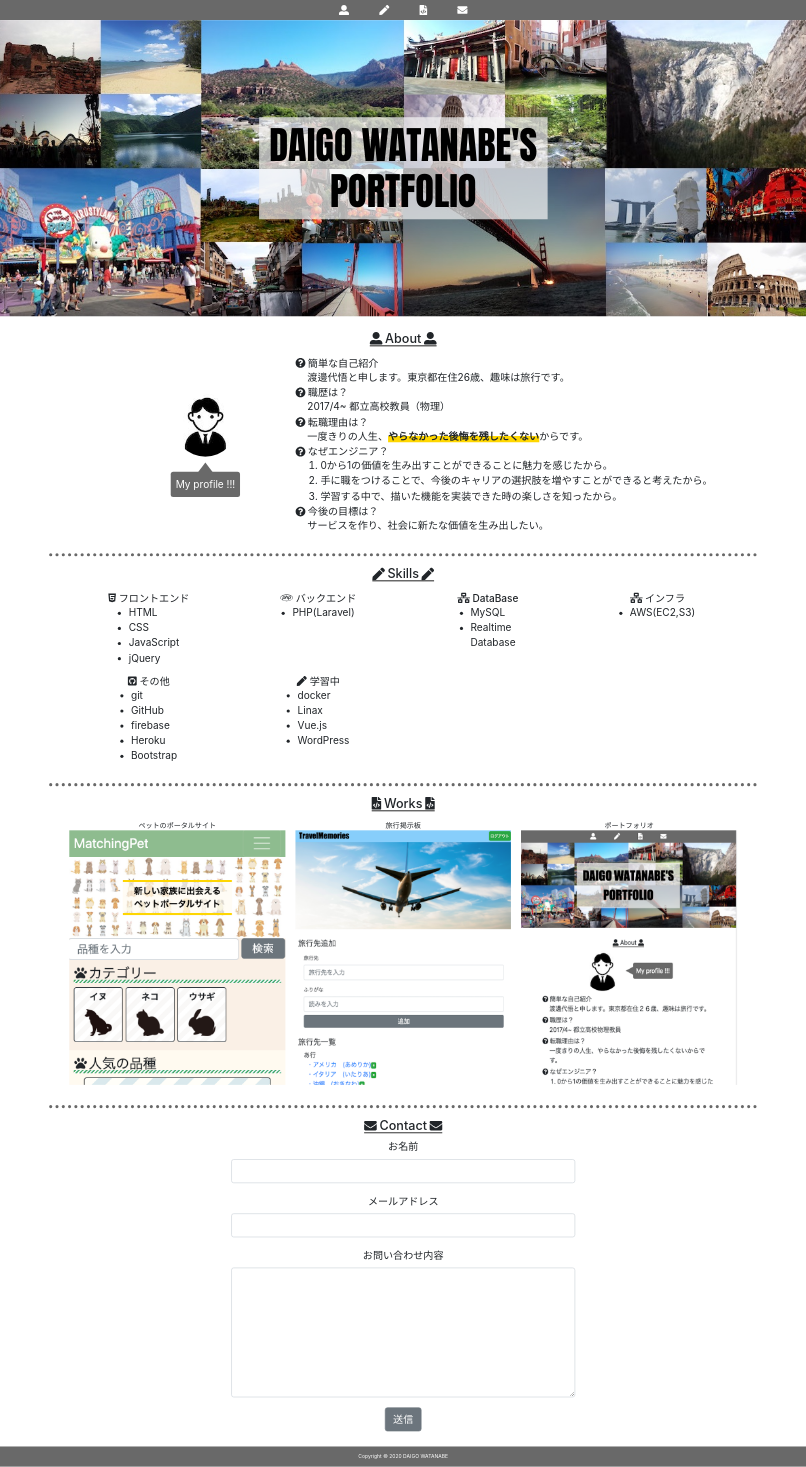
Repository: watanabedaigo/Portfolio
Page: public/index.html
The author's editor kept a record of every edit. The page is drawn from the files as they stood at one moment, then again after the next edit.
The browser window is 1280 px wide. The pictures show the whole page, at 63% of full size.
Some web libraries are served in a nearby version.

Above is the page before.

After the next edit:
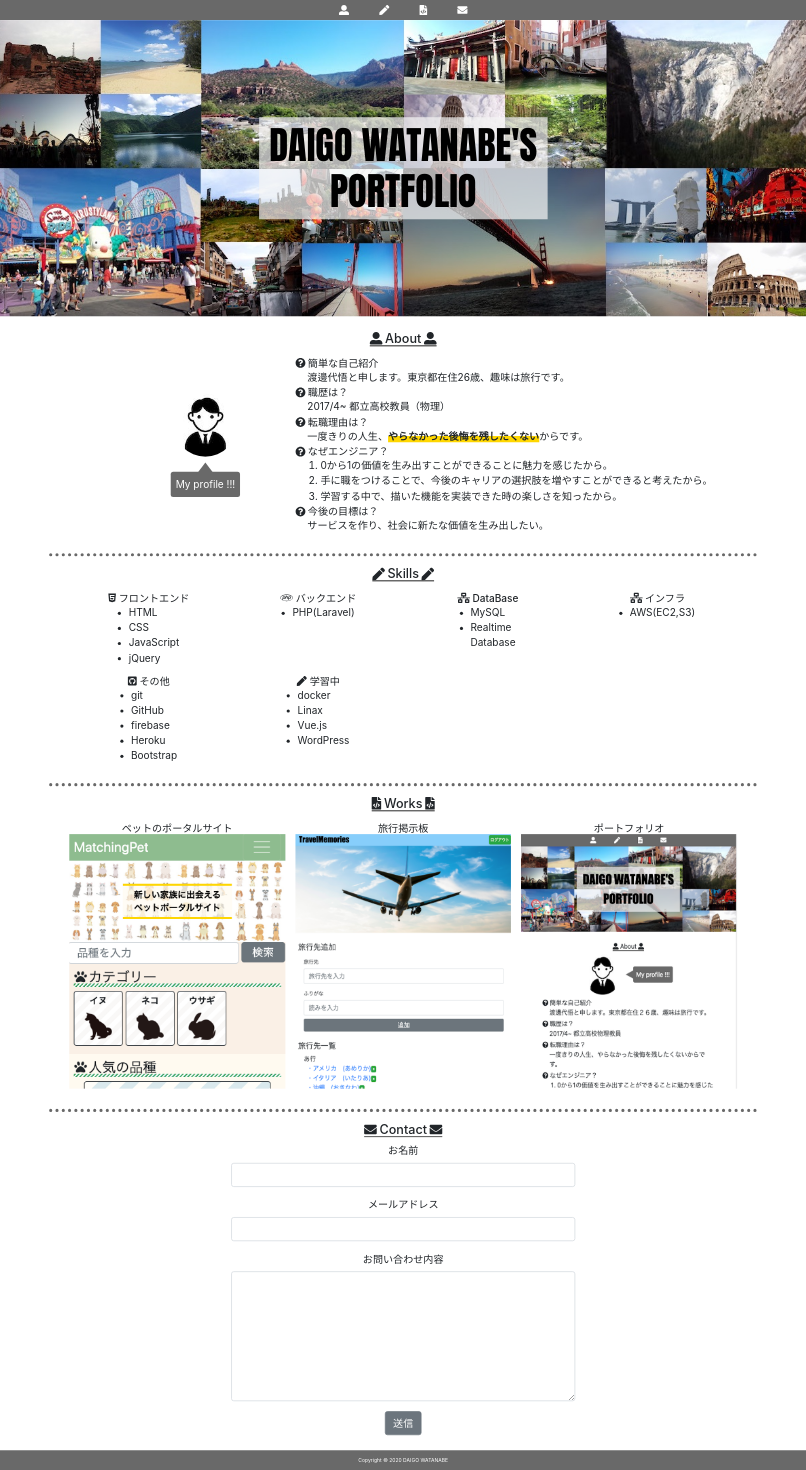
The edit:
--- a/public/css/responsive.css
+++ b/public/css/responsive.css
@@ -13,6 +13,10 @@
 
     .top-img {
         height:auto!important;
+    }
+
+    .work {
+        font-size:1rem;
     }
 }
 
